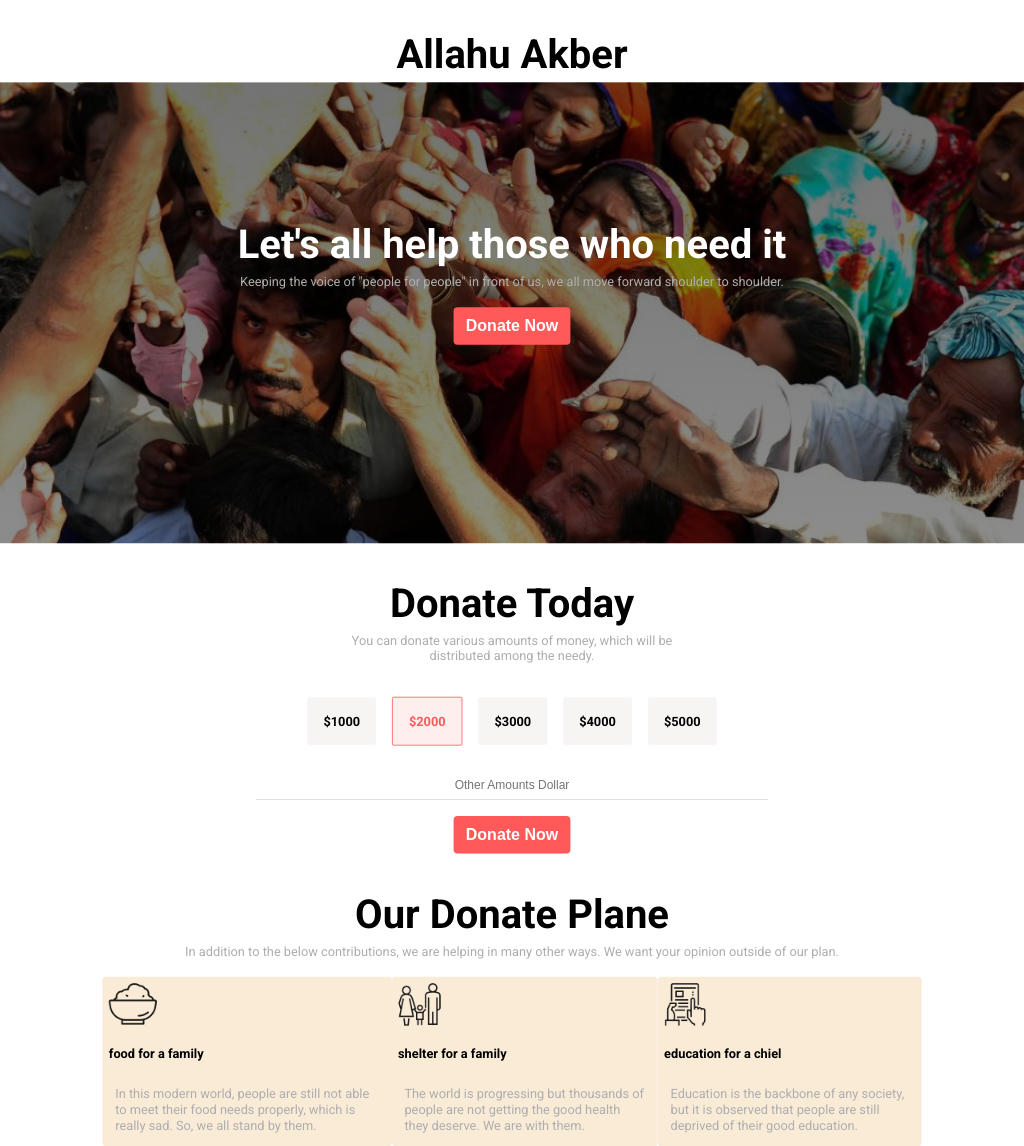
Repository: zjria/suppert-the-helpness
Page: index.html
An editor plug-in stored every save of this project. The page is shown before and after a run of saves, followed by the edit.
The browser window is 1280 px wide. The pictures show the whole page, at 80% of full size.

Above is the page before, as saved 2022-08-26 11:03:46.

After the next 2 saves:
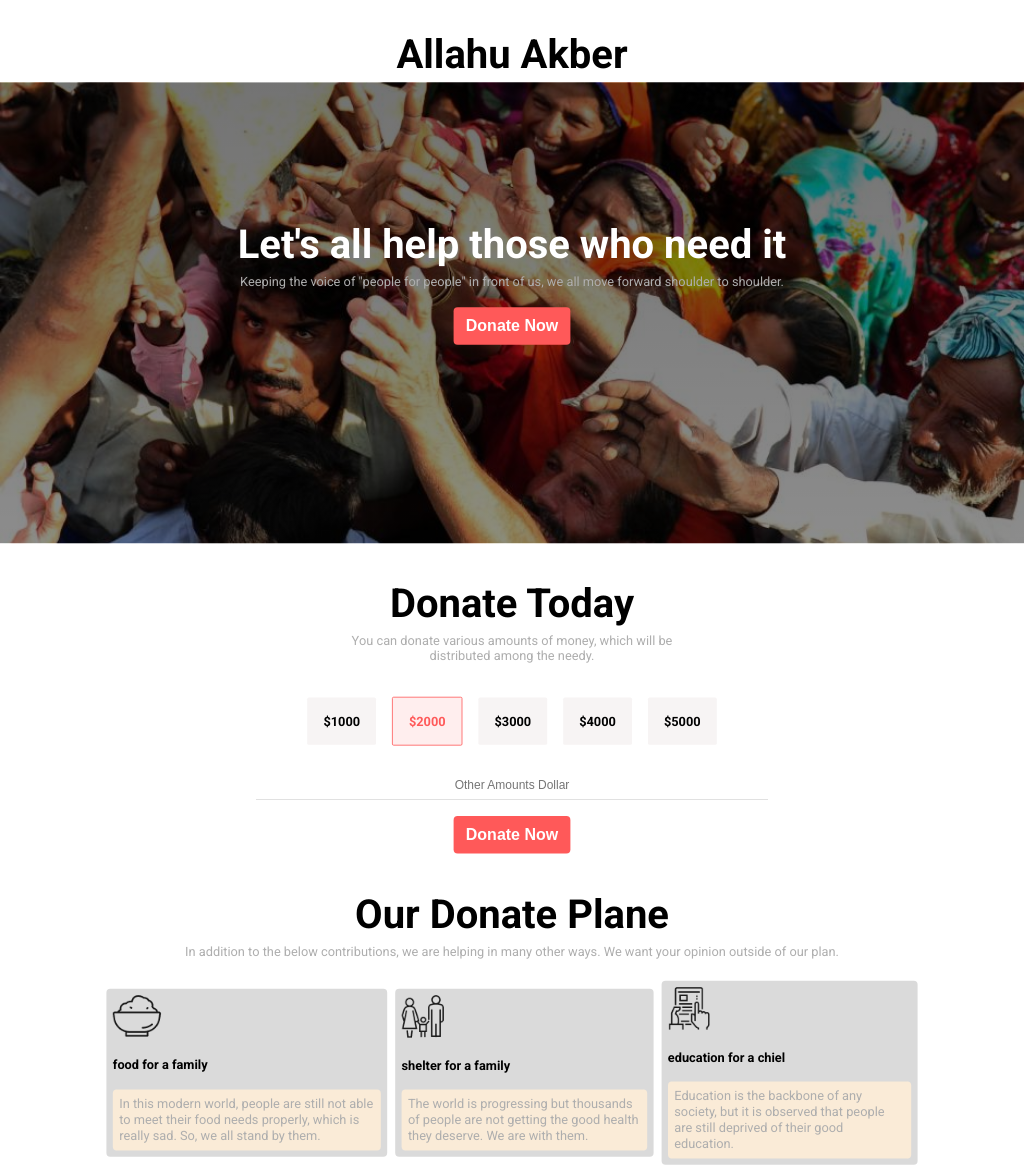
The 2 saves are shown as one change because they came seconds apart.
The last was saved 9 s later.
--- a/style.css
+++ b/style.css
@@ -130,6 +130,5 @@ p {
 }
 
 .plane#plane-one {
-    margin: 0px;
-    line-height: 20px;
+    background-color: #dadada;
 }
